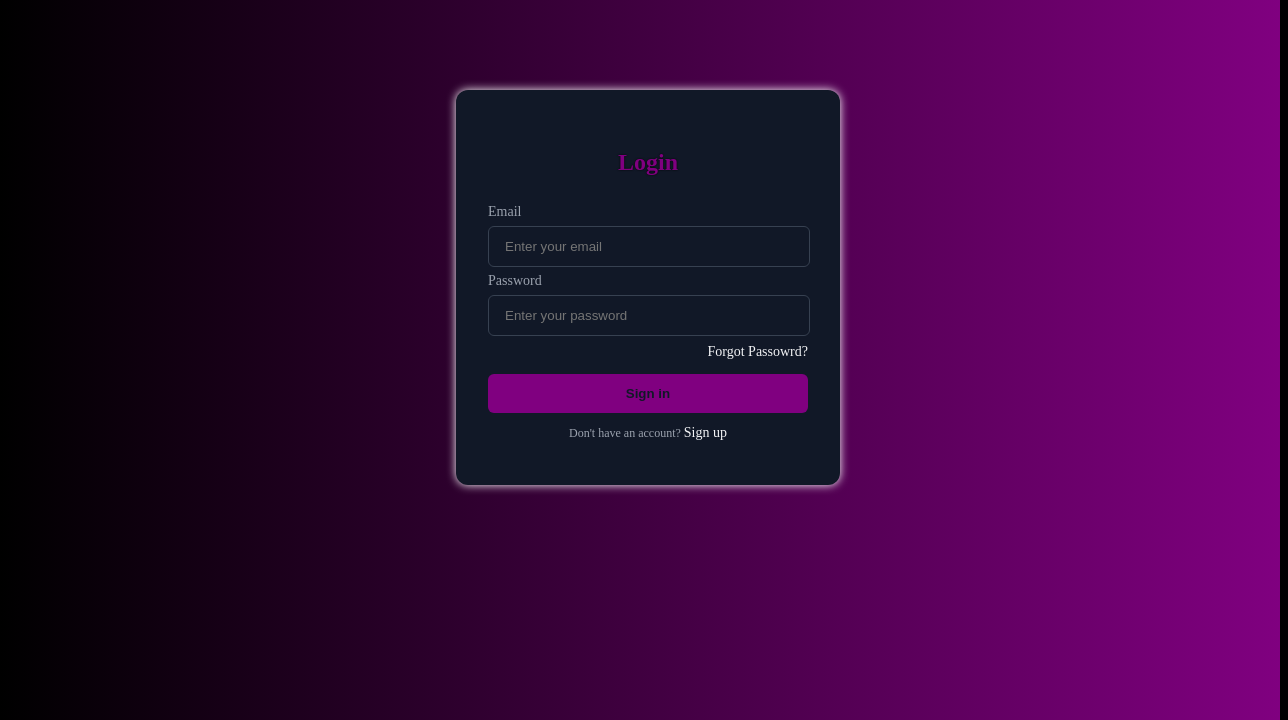
Repository: PeruriNaresh/Bank_Project
Page: http://localhost/bank_project/
An editor plug-in stored every save of this project. The page is shown before and after the next save, followed by the edit.
The browser window is 1280 px wide. The page is 1288 px wide, so the pictures cover 1288 px, including what lies to the right of the window. The pictures show the whole page.
The page is served by Tomcat 9. Other server files are loaded and not shown.

Above is the page before, as saved 2024-10-25 03:09:14.

### bank_project/src/main/webapp/index.jsp
<%@ page language="java" contentType="text/html; charset=UTF-8"
    pageEncoding="UTF-8"%>
<!DOCTYPE html>
<head>
    <meta charset="UTF-8">
    <meta name="viewport" content="width=device-width, initial-scale=1.0">
    <Style>
        body
        {
            width: 100%;
            height: 100%;
            overflow: hidden;
            background: linear-gradient(to right, black, purple );
        }
        .form-container {
        width: 25vw;
        border-radius: 0.75rem;
        background-color: rgba(17, 24, 39, 1);
        padding: 2rem;
        color: rgba(243, 244, 246, 1);
        margin: 7% 35%;
        box-shadow: 0px 0px 10px white;
        }

        .title {
        text-align: center;
        color:purple;
        font-size: 1.5rem;
        line-height: 2rem;
        font-weight: 700;
        text-shadow:0px 0px 2px black;
        }

        .form {
        margin-top: 1.5rem;
        }

        .input-group {
        margin-top: 0.25rem;
        font-size: 0.875rem;
        line-height: 1.25rem;
        }

        .input-group label {
        display: block;
        color: rgba(156, 163, 175, 1);
        margin-bottom: 4px;
        }

        .input-group input {
        width: 90%;
        border-radius: 0.375rem;
        border: 1px solid rgba(55, 65, 81, 1);
        outline: 0;
        background-color: rgba(17, 24, 39, 1);
        padding: 0.75rem 1rem;
        color: rgba(243, 244, 246, 1);
        }

        .input-group input:focus {
        border-color: rgba(167, 139, 250);
        }

        .forgot {
        display: flex;
        justify-content: flex-end;
        font-size: 0.75rem;
        line-height: 1rem;
        color: rgba(156, 163, 175,1);
        margin: 8px 0 14px 0;
        }

        .forgot a,.signup a {
        color: rgba(243, 244, 246, 1);
        text-decoration: none;
        font-size: 14px;
        }

        .forgot a:hover, .signup a:hover {
        text-decoration: underline rgba(167, 139, 250, 1);
        }

        .sign {
        display: block;
        width: 100%;
        background-color: purple;
        padding: 0.75rem;
        text-align: center;
        color: rgba(17, 24, 39, 1);
        border: none;
        border-radius: 0.375rem;
        font-weight: 600;
        }

        .social-message {
        display: flex;
        align-items: center;
        padding-top: 1rem;
        }

        .line {
        height: 1px;
        flex: 1 1 0%;
        background-color: rgba(55, 65, 81, 1);
        }

        .social-message .message {
        padding-left: 0.75rem;
        padding-right: 0.75rem;
        font-size: 0.875rem;
        line-height: 1.25rem;
        color: rgba(156, 163, 175, 1);
        }

        .social-icons {
        display: flex;
        justify-content: center;
        }

        .social-icons .icon {
        border-radius: 0.125rem;
        padding: 0.75rem;
        border: none;
        background-color: transparent;
        margin-left: 8px;
        }

        .social-icons .icon svg {
        height: 1.25rem;
        width: 1.25rem;
        fill: #fff;
        }

        .signup {
        text-align: center;
        font-size: 0.75rem;
        line-height: 1rem;
        color: rgba(156, 163, 175, 1);
        }

    </Style>
    <title>Login</title>
</head>
<body>
    <div class="form-container">
        <p class="title">Login</p>
        <form class="form" action="signin" method="post">
            <div class="input-group">
                <label for="username">Email</label>
                <input type="text" name="email" id="username" placeholder="Enter your email" required>
            </div>
            <div class="input-group">
                <label for="password">Password</label>
                <input type="password" name="password" id="password" placeholder="Enter your password" required>
                <div class="forgot">
                    <a rel="noopener noreferrer" class="link" href="forgotpassword.jsp">Forgot Passowrd?</a>
                </div>
            </div>

            <% String msg=(String)request.getAttribute("msg");
                if(msg!=null)
                {
                	out.println("<p>"+msg+"</p>");
                }%>
            <button class="sign">Sign in</button>
        </form>
        <p class="signup">Don't have an account?
            <a rel="noopener noreferrer" href="register.jsp" class="link">Sign up</a>
        </p>
    </div>
</body>
</html>

After the next save:
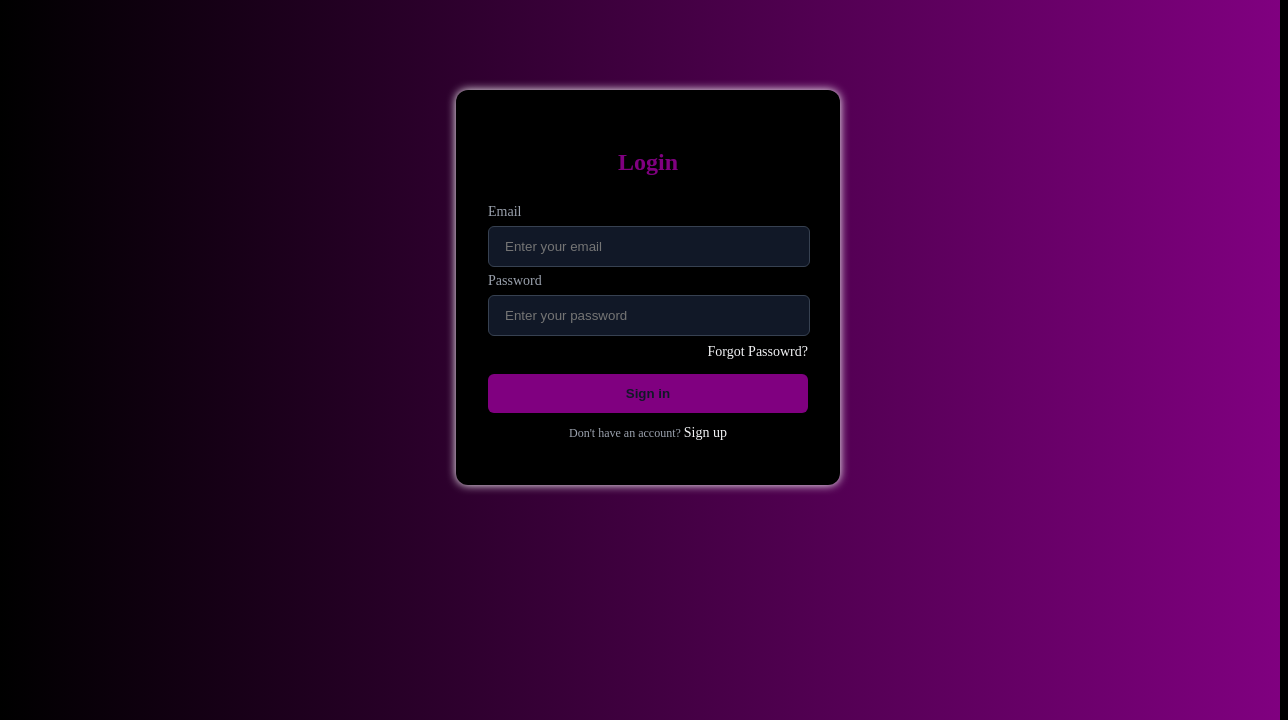
Saved 36 s later.
--- a/bank_project/src/main/webapp/index.jsp
+++ b/bank_project/src/main/webapp/index.jsp
@@ -15,7 +15,7 @@
         .form-container {
         width: 25vw;
         border-radius: 0.75rem;
-        background-color: rgba(17, 24, 39, 1);
+        background-color: black;
         padding: 2rem;
         color: rgba(243, 244, 246, 1);
         margin: 7% 35%;

After the save that followed:
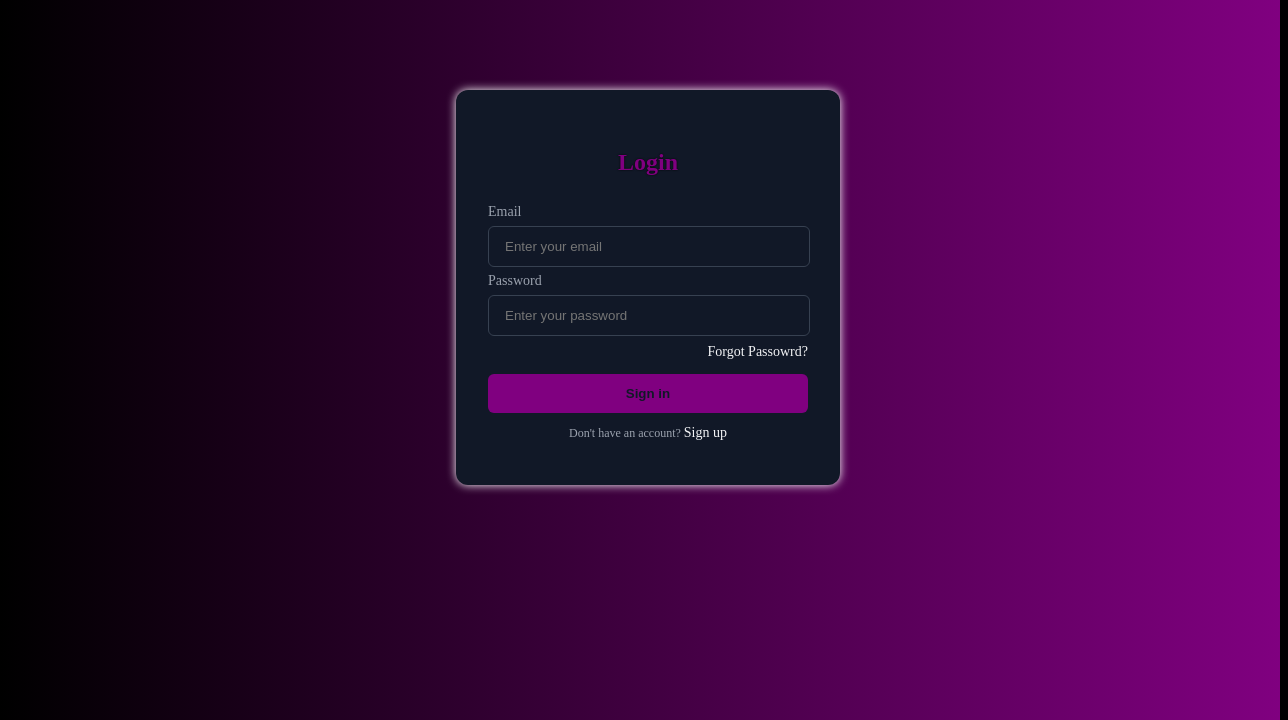
Saved 13 s later.
--- a/bank_project/src/main/webapp/index.jsp
+++ b/bank_project/src/main/webapp/index.jsp
@@ -15,7 +15,7 @@
         .form-container {
         width: 25vw;
         border-radius: 0.75rem;
-        background-color: black;
+        background-color: rgba(17, 24, 39, 1);
         padding: 2rem;
         color: rgba(243, 244, 246, 1);
         margin: 7% 35%;
